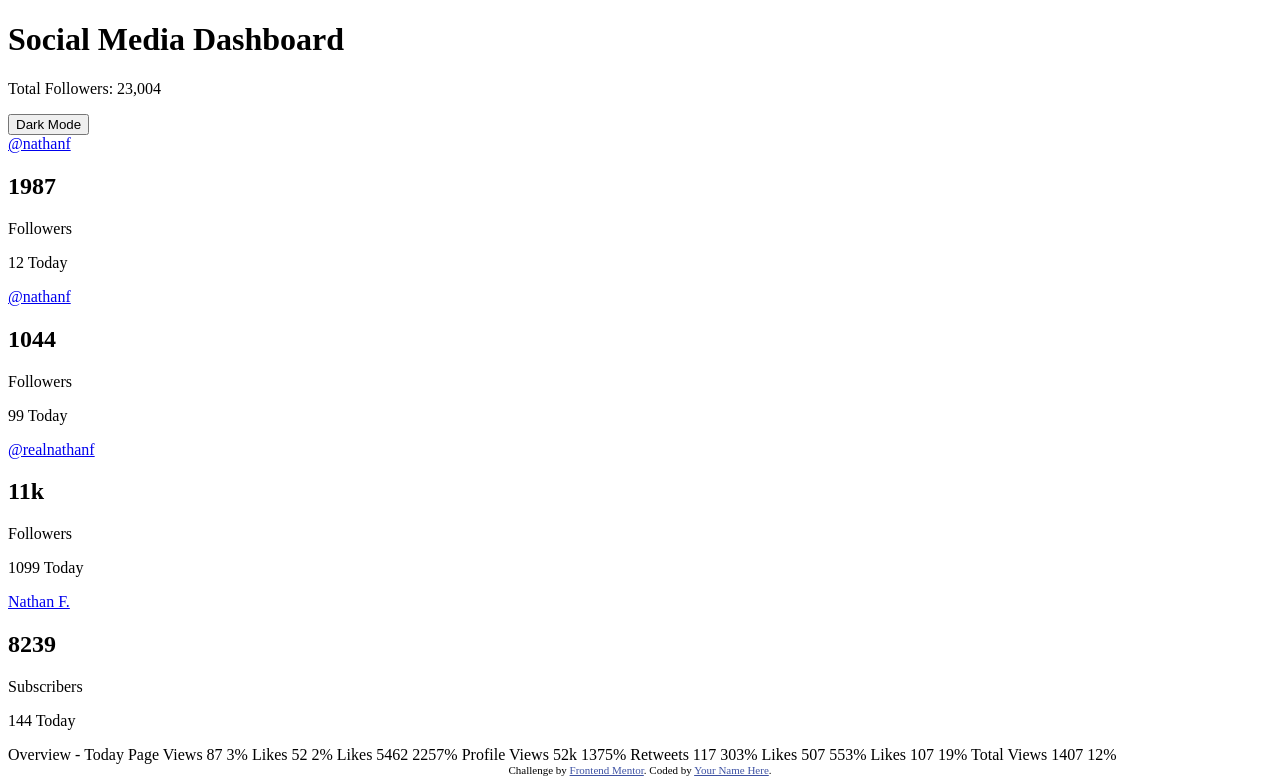
Repository: mamulini/social-media-dashboard-with-theme-switcher-master
Page: index.html
An editor plug-in stored every save of this project. The page is shown before and after the next save, followed by the edit.
The browser window is 1280 px wide. The pictures show the whole page.

Above is the page before, as saved 2020-04-05 23:25:31.

### index.html
<!DOCTYPE html>
<html lang="en">
<head>
  <meta charset="UTF-8">
  <meta name="viewport" content="width=device-width, initial-scale=1.0">
  <link rel="icon" type="image/png" sizes="32x32" href="./images/favicon-32x32.png">
  <link rel="stylesheet" href="./css/style.css">
  <title>Frontend Mentor | [Challenge Name Here]</title>
</head>
<body>
  <main class="dashboard container">
    <header class="header">
      <div class="title">
        <h1 class="title__name">Social Media Dashboard</h1>
        <p class="title__total">Total Followers: 23,004</p>
      </div>
      <button class="theme" type="button">Dark Mode</button>
    </header>
    <div class="followers-block">
      <div class="folowers">
        <a class="followers__link" href="#">@nathanf</a>
        <h2 class="followers__sum">1987</h2>
        <p class="followers__title">Followers</p>
        <p class="followers__today">12 Today</p>
      </div>
      <div class="folowers">
        <a class="followers__link" href="#">@nathanf
</a>
        <h2 class="followers__sum">1044</h2>
        <p class="followers__title">Followers</p>
        <p class="followers__today">99 Today</p>
      </div>
      <div class="folowers">
        <a class="followers__link" href="#">@realnathanf


          </a>
        <h2 class="followers__sum">11k</h2>
        <p class="followers__title">Followers</p>
        <p class="followers__today">1099 Today</p>
      </div>
      <div class="folowers">
        <a class="followers__link" href="#">Nathan F.
        </a>
        <h2 class="followers__sum">8239</h2>
        <p class="followers__title">Subscribers</p>
        <p class="followers__today">144 Today</p>
      </div>

    </div>
  </main>


















  Overview - Today

  Page Views
  87
  3%

  Likes
  52
  2%

  Likes
  5462
  2257%

  Profile Views
  52k
  1375%

  Retweets
  117
  303%

  Likes
  507
  553%

  Likes
  107
  19%

  Total Views
  1407
  12%

  <div class="attribution">
    Challenge by <a href="https://www.frontendmentor.io?ref=challenge" target="_blank">Frontend Mentor</a>.
    Coded by <a href="#">Your Name Here</a>.
  </div>
</body>
</html>

### css/style.css
.container{
    max-width: 1110px;
}






.attribution { font-size: 11px; text-align: center; }
.attribution a { color: hsl(228, 45%, 44%); }

After the next save:
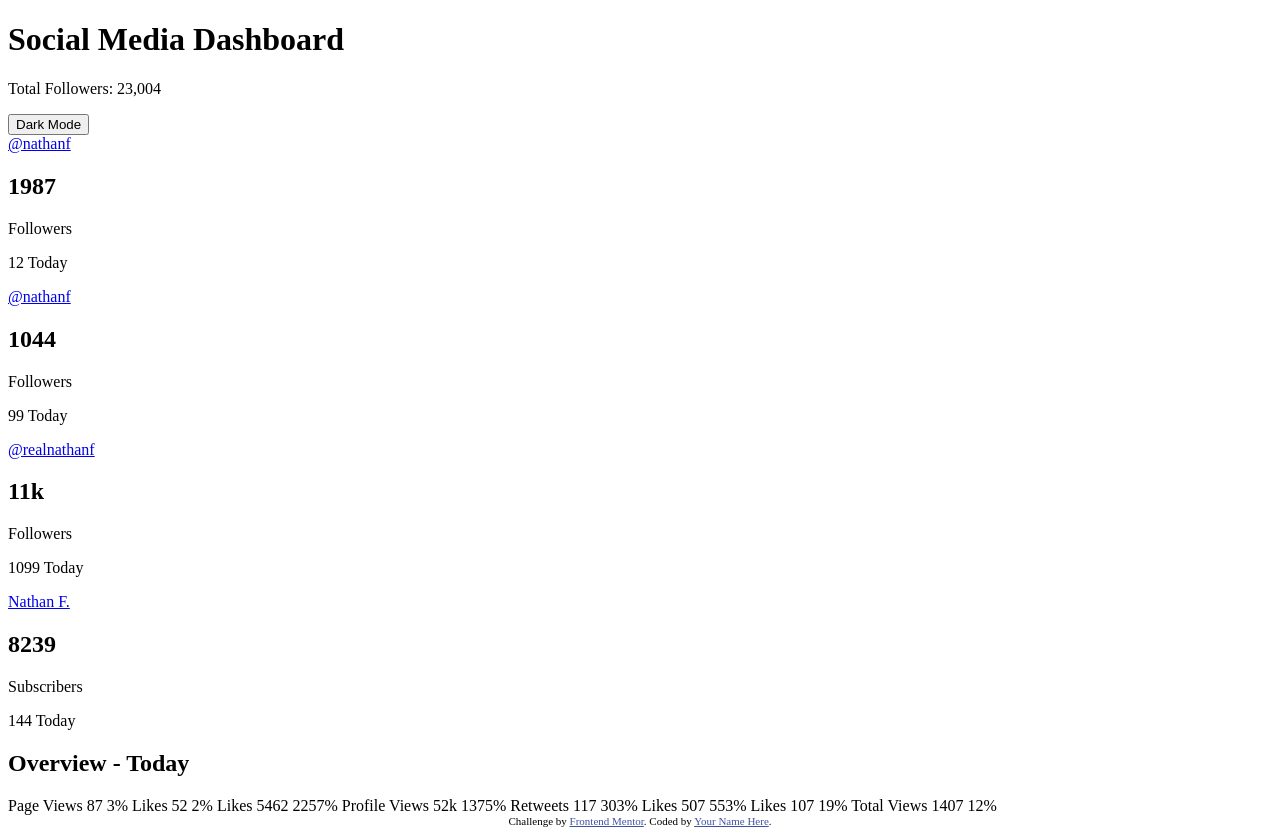
Saved 5 min 54 s later.
--- a/index.html
+++ b/index.html
@@ -48,6 +48,13 @@
       </div>
 
     </div>
+    <div class="overview"><h2 class="overview__title" >Overview - Today</h2></div>
+    <div class="container">
+      <p class="likes">
+        <h3 class="likes__title"></p>
+
+      </div>
+    </div>
   </main>
 
 
@@ -67,7 +74,7 @@
 
 
 
-  Overview - Today
+
 
   Page Views
   87
